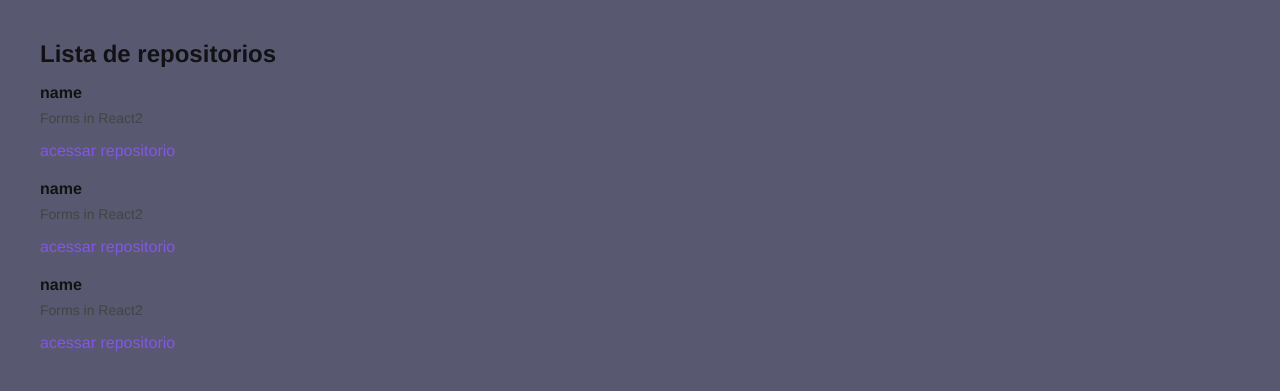
Repository: niltonmalves/01-githug-explorer
Page: /
An editor plug-in stored every save of this project. The page is shown before and after the next save, followed by the edit.
The browser window is 1280 px wide. The pictures show the whole page.
The project was rebuilt for these pictures with package versions that can differ from the ones it lists, and the page was loaded fresh each time. Also part of the build but not shown: webpack.config.js, src/components/Counter.jsx.

Above is the page before, as saved 2022-01-06 18:50:06.

After the next save:
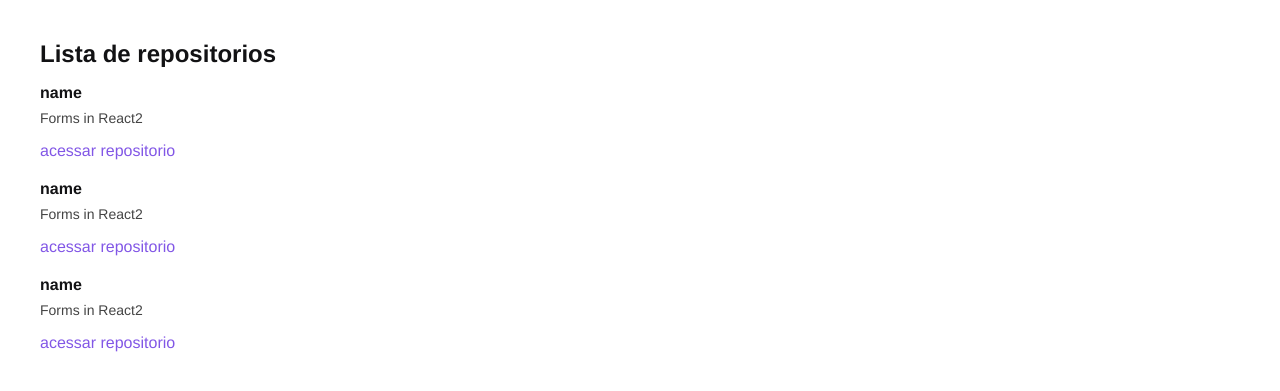
Saved 15 s later.
--- a/src/styles/global.scss
+++ b/src/styles/global.scss
@@ -7,6 +7,6 @@
 body {
     font: 16px "Helvetica Neue", Arial, sans-serif;
     color: #121214;
-    background-color: rgb(88, 88, 112);
+
 
 }
